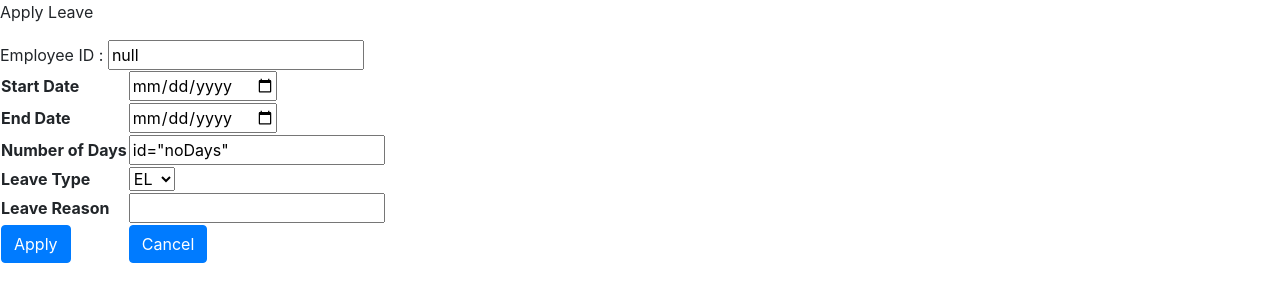
Repository: rkmr039/EMS_PROJECT
Page: http://localhost/EMS/ApplyLeaves.jsp
An editor plug-in stored every save of this project. The page is shown before and after the next save, followed by the edit.
The browser window is 1280 px wide. The pictures show the whole page.
The page is served by Tomcat 9. Other server files are loaded and not shown.

Above is the page before, as saved 2019-08-29 07:41:02.
Console error: TypeError: Cannot read properties of undefined (reading 'fn')

### EMS/WebContent/ApplyLeaves.jsp
<%@page import="com.hcl.ems.LeaveTypes"%>
<%@page import="java.text.DateFormat"%>
<%@page import="java.text.SimpleDateFormat"%>
<%@page import="java.util.Date"%>
<%@ page language="java" contentType="text/html; charset=ISO-8859-1"
    pageEncoding="ISO-8859-1"%>
<!DOCTYPE html PUBLIC "-//W3C//DTD HTML 4.01 Transitional//EN" "http://www.w3.org/TR/html4/loose.dtd">
<html>
<head>
<link rel="stylesheet" href="https://stackpath.bootstrapcdn.com/bootstrap/4.3.1/css/bootstrap.min.css" integrity="sha384-ggOyR0iXCbMQv3Xipma34MD+dH/1fQ784/j6cY/iJTQUOhcWr7x9JvoRxT2MZw1T" crossorigin="anonymous">
<script src="https://stackpath.bootstrapcdn.com/bootstrap/4.3.1/js/bootstrap.min.js" integrity="sha384-JjSmVgyd0p3pXB1rRibZUAYoIIy6OrQ6VrjIEaFf/nJGzIxFDsf4x0xIM+B07jRM" crossorigin="anonymous"></script>
<script >
function setEndDate(e){
	 var eDate = e.target.value;
	 eDateInput.min = eDate;
	}
function setNoDays(e){
	var d1 = eDateInput.value;
	var date1 = new Date(d1);
	var d2 = sDateInput.value;
	var date2 = new Date(d2);
	   var oneDay = 24 * 60 * 60 * 1000; // hours*minutes*seconds*milliseconds
       var diffDays = Math.abs((date1.getTime() - date2.getTime()) / (oneDay));
       // alert(diffDays);
      // documentGetElementById("noDays").value = diffDays;
}
</script>
<meta http-equiv="Content-Type" content="text/html; charset=ISO-8859-1">
<title>Apply leave | EMS</title>
</head>
<body>
	<p id="page">Apply Leave</p>
	<form method="get" action="Apply.jsp">
	Employee ID :
	<input type="text" readonly="readonly"  value=<%=session.getAttribute("EMP_ID") %> name="empId"/>
	<table>
	<%
		Date d = new Date();
		SimpleDateFormat sdf=new SimpleDateFormat("yyyy-MM-dd");
		String sDate = sdf.format(d);

	%>
		<tr>
			<th >Start Date</th>
			<td>
				<input type='date' name="startDate" id="sDateInput" min=<%=sDate%> required onchange="setEndDate(event);" />
            </td>
		</tr>
		<tr>
			<th>End Date</th>
			<td>
				<input type='date' name="endDate" id="eDateInput" required onchange="setNoDays(event);" />
            </td>
		</tr>

		<tr>
			<th>Number of Days</th>
			<td>
				<input type="text" name="noDays" value= id="noDays" required/>
			</td>
		</tr>
		<tr>

			<th>Leave Type</th>
			<td>
				<select name="type">
					<%
						int len = LeaveTypes.values().length;
						LeaveTypes[] ls = LeaveTypes.values();
						for(LeaveTypes type: ls) {
							out.println("<option>" + type.toString()+"</option>");
						}
					%>
				</select>
			</td>
		</tr>
		<tr>
			<th>Leave Reason</th>
			<td>
				<input type="text" name="reason"/ required>
			</td>
		</tr>
		<tr>
			<td><input class="btn btn-primary" type="submit" value="Apply" name="apply"/></td>
			<td><input class="btn btn-primary" type="reset" onClick="javascript:window.location.href='dashboard.jsp'" value="Cancel" name="cancel"/></td>
		</tr>
	</table>
	</form>


<script src="https://code.jquery.com/jquery-3.3.1.slim.min.js" integrity="sha384-q8i/X+965DzO0rT7abK41JStQIAqVgRVzpbzo5smXKp4YfRvH+8abtTE1Pi6jizo" crossorigin="anonymous"></script>
<script src="https://cdnjs.cloudflare.com/ajax/libs/popper.js/1.14.7/umd/popper.min.js" integrity="sha384-UO2eT0CpHqdSJQ6hJty5KVphtPhzWj9WO1clHTMGa3JDZwrnQq4sF86dIHNDz0W1" crossorigin="anonymous"></script>

</body>
</html>

### EMS/src/com/hcl/ems/LeaveTypes.java
package com.hcl.ems;

public enum LeaveTypes {
	EL,RH,CH
}

After the next save:
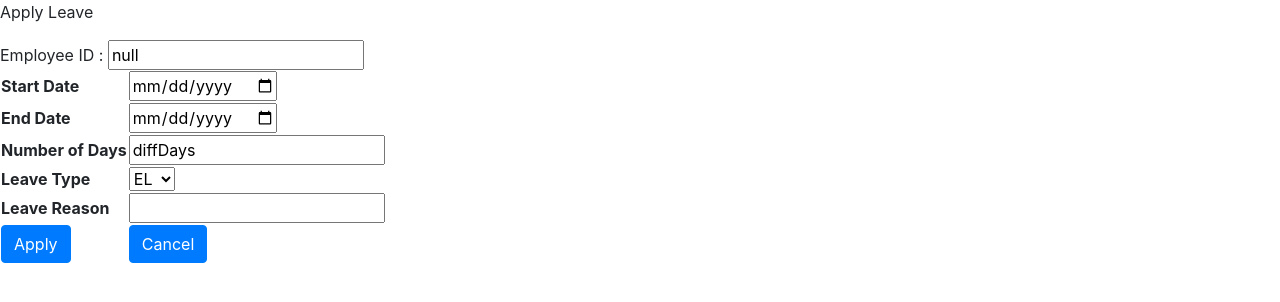
Saved 6 s later.
--- a/EMS/WebContent/ApplyLeaves.jsp
+++ b/EMS/WebContent/ApplyLeaves.jsp
@@ -56,7 +56,7 @@ function setNoDays(e){
 		<tr>
 			<th>Number of Days</th>
 			<td>
-				<input type="text" name="noDays" value= id="noDays" required/>
+				<input type="text" name="noDays" value=diffDays id="noDays" required/>
 			</td>
 		</tr>
 		<tr>
